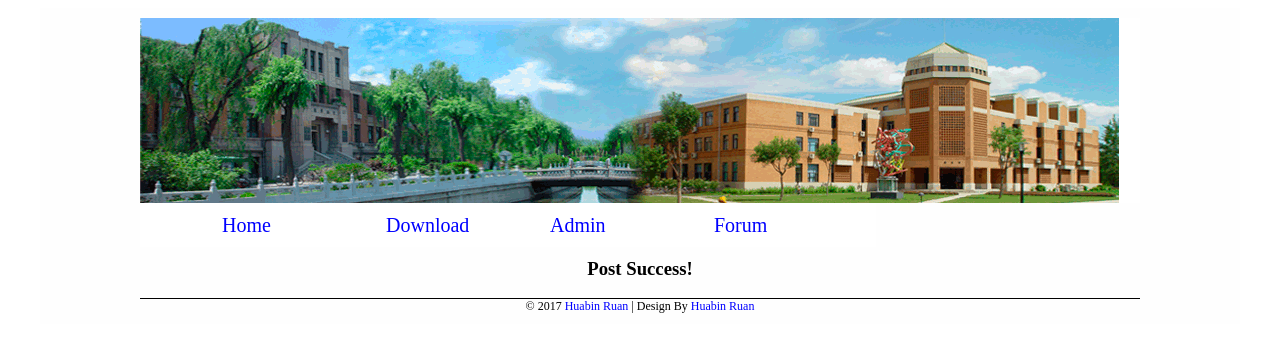
Repository: ruanhuabin/LifeSoftwareWebSite
Page: http://localhost/CryoEM/admin_login.jsp
An editor plug-in stored every save of this project. The page is shown before and after the next save, followed by the edit.
The browser window is 1280 px wide. The pictures show the whole page.
The page is served by Tomcat 9. Nobody is signed in. The application's start-up code is not run. Other server files are loaded and not shown.

Above is the page before, as saved 2017-08-08 09:10:54.

### CryoEM/WebRoot/admin_login.jsp
<%@ page language="java" import="java.util.*" pageEncoding="utf-8"%>
<%
String path = request.getContextPath();
String basePath = request.getScheme()+"://"+request.getServerName()+":"+request.getServerPort()+path+"/";
%>


<!DOCTYPE html PUBLIC "-//W3C//DTD XHTML 1.0 Transitional//EN" "http://www.w3.org/TR/xhtml1/DTD/xhtml1-transitional.dtd">
<html xmlns="http://www.w3.org/1999/xhtml">
<head>
<meta http-equiv="Content-Type" content="text/html; charset=utf-8" />
<link href="<%=basePath%>/style.css" rel="stylesheet" type="text/css" />
</head>
<body>


<div id="main-container">
<div id="header"></div>
<div id="navigation">
	<ul>
		<ul>
		<li><a href="<%=path%>/index.jsp">Home</font></a></li>
		<li><a href="<%=path%>/user/User_listSoftware.action">Download</a></li>
		<li><a href="<%=path%>/post/Admin_toAdmin.action">Admin</a></li>
		<li><a href="http://10.10.32.133/thunder/answers/">Forum</a></li>
	</ul>
	</ul>
</div>
<script type="text/javascript">
		var index_plist = {
			obj : document.getElementById("navigation")
					.getElementsByTagName("li"),
			currObj : null,
			init : function() {
				for (i = 0; i < index_plist.obj.length; i++) {
					eval("index_plist.obj[i].getElementsByTagName('a')[0].onclick=function(){this.className='curr';if(index_plist.currObj){index_plist.currObj.className=''}index_plist.currObj=this}");
				}
			}
		};
		index_plist.init();
</script>


<br/>
<br/>

 <h3 align="center">
	 Post Success!
 </h3>


<div id="footer">&copy; 2017 <a href="mailto:ruanhuabin@tsinghua.edu.cn">Huabin Ruan</a> | Design By <a href="#">Huabin Ruan</a> </div>
</div>


</body>
</html>

### CryoEM/WebRoot/style.css
#header {height:185px; width:100%;background-image: url(images/banner.png);background-repeat: no-repeat; background-color:white;}
body
{
	background-color:white;
	font-family: "Times New Roman",Georgia,Serif
}
#footer {
	width:100%;
	border-top:  #000000 1px solid;
	text-align:center;
	font-size:12px;
	}


.form-div {
    /* border: 1px solid black; */
    margin-top: 20px;
    margin-bottom: 100px;
    margin-right: 150px;
    margin-left: 0px;
    background-color: white;
}

#admin-login-form {

   /*  margin-top: 50px;
    margin-bottom: 100px;
    margin-right: 150px;
    margin-left: 200px;
    background-color: white; */
    align: center

}

#content-div {
   /*  border: 1px solid black; */
    margin-top: 40px;
    margin-bottom: 100px;
    margin-right: 150px;
    margin-left: 0px;
    background-color: white;
}

#main-container {
	width:1000px;
	/* width:80% */
	border: #000000 0px solid;
	margin: 0 auto;
 	background-color:#FEFEFE;
   /*  background-color:white; */

    clear:both;
	/* padding:25px 100px; */
	padding:10px 100px
	}

#leftbar {
	float:left;
	width:800px;
	border-right:1px solid #BCBDBC;
}

#rightbar {
	float:left;
	width:200px;
}

a
{
	text-decoration: none;
	color:blue;
}

a:hover
{
	color:red;
}
a:visited
{
	color: blue;
}

ul {margin-left: 0; padding-left: 40px;}
/* li {margin-left: 0; padding-left: 50px;} */

#navigation{list-style:none; text-align:left; font-size:20px; background:white; float:left}
#navigation li{width:160px; height:20px; line-height:0px; float:left; margin:2px; list-style:none;}
#navigation a{height:100%; display:block; text-decoration:none}
#navigation .curr{background:url(sub/images/nav_on.png); color:red;}

/* ul, li { list-style: none; margin: 0; padding: 0; }
ul { padding-left: 1em; }
li { padding-left: 1em;
  border: 1px dotted black;
  border-width: 0 0 1px 1px;
}
li.container { border-bottom: 0px; }
li.empty { font-style: italic;
  color: silver;
  border-color: silver;
}
li p { margin: 0;
  background: white;
  position: relative;
  top: 0.5em;
}
li ul {
  border-top: 1px dotted black;
  margin-left: -1em;
  padding-left: 2em;
}
ul li:last-child ul {
  border-left: 1px solid white;
  margin-left: -17px;
}  */


/* li{
    margin-top: 1px;
    margin:0;
    border:1px solid red;
}

li:first-child {
    margin-top:0;
} */

After the next save:
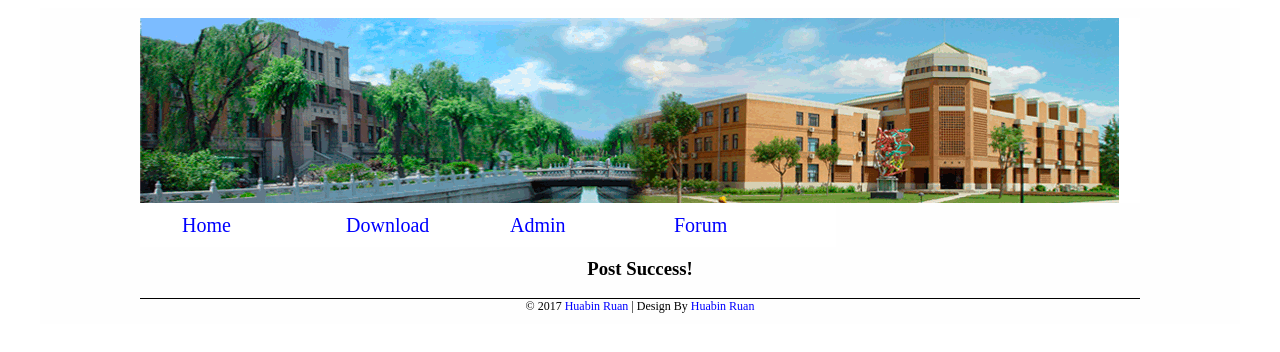
Saved 41 s later.
--- a/CryoEM/WebRoot/admin_login.jsp
+++ b/CryoEM/WebRoot/admin_login.jsp
@@ -18,12 +18,10 @@ String basePath = request.getScheme()+"://"+request.getServerName()+":"+request.
 <div id="header"></div>
 <div id="navigation">
 	<ul>
-		<ul>
 		<li><a href="<%=path%>/index.jsp">Home</font></a></li>
 		<li><a href="<%=path%>/user/User_listSoftware.action">Download</a></li>
 		<li><a href="<%=path%>/post/Admin_toAdmin.action">Admin</a></li>
 		<li><a href="http://10.10.32.133/thunder/answers/">Forum</a></li>
-	</ul>
 	</ul>
 </div>
 <script type="text/javascript">
